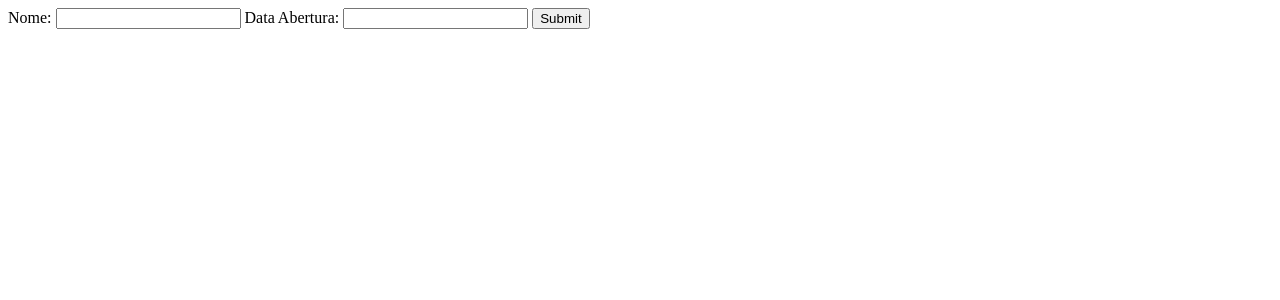
Repository: rodrigo-peddinghausen/java-servelet
Page: http://localhost/gerenciador/formNovaEmpresa.jsp
These files come from the project's save history. The page is drawn as it stood at one moment and after the next save; the edit follows.
The browser window is 1280 px wide. The pictures show the whole page.
The page is served by Tomcat 9. Other server files are loaded and not shown.

Above is the page before, as saved 2021-04-29 15:33:30.

### gerenciador/WebContent/formNovaEmpresa.jsp
<%@ taglib uri="http://java.sun.com/jsp/jstl/core" prefix="c" %>
<c:url value="/novaEmpresa" var="linkServletNovaEmpresa"/>

<!DOCTYPE html>
<html>
<head>
<meta charset="UTF-8">
<title>Insert title here</title>
</head>
<body>

	<form action="${ linkServletNovaEmpresa }" method="post"> <!-- O "action" defina a url pra onde vocêe vai enviar a requisição ao subter o formulário. E o "name" é o nome do parametro -->
		Nome: <input type="text" name="nome" />
		Data Abertura: <input type="text" name="data" />
		<input type="submit" />
	</form>
</body>
</html>

After the next save:
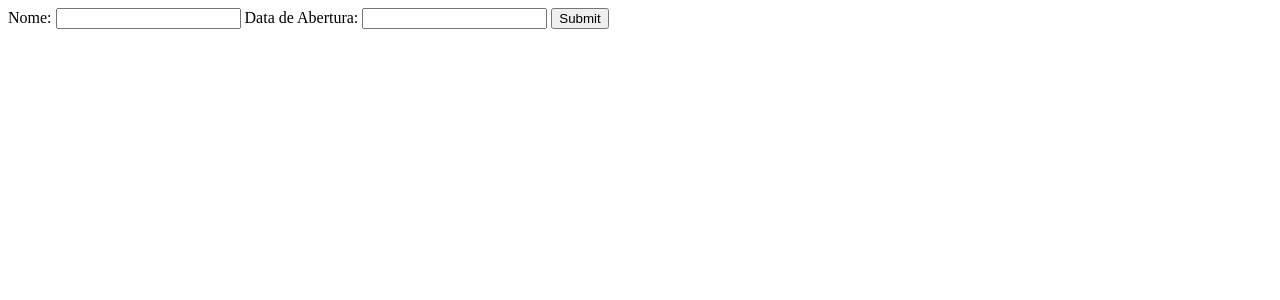
Saved 6 h 31 min later.
--- a/gerenciador/WebContent/formNovaEmpresa.jsp
+++ b/gerenciador/WebContent/formNovaEmpresa.jsp
@@ -11,7 +11,7 @@
 
 	<form action="${ linkServletNovaEmpresa }" method="post"> <!-- O "action" defina a url pra onde vocêe vai enviar a requisição ao subter o formulário. E o "name" é o nome do parametro -->
 		Nome: <input type="text" name="nome" />
-		Data Abertura: <input type="text" name="data" />
+		Data de Abertura: <input type="text" name="data" />
 		<input type="submit" />
 	</form>
 </body>
